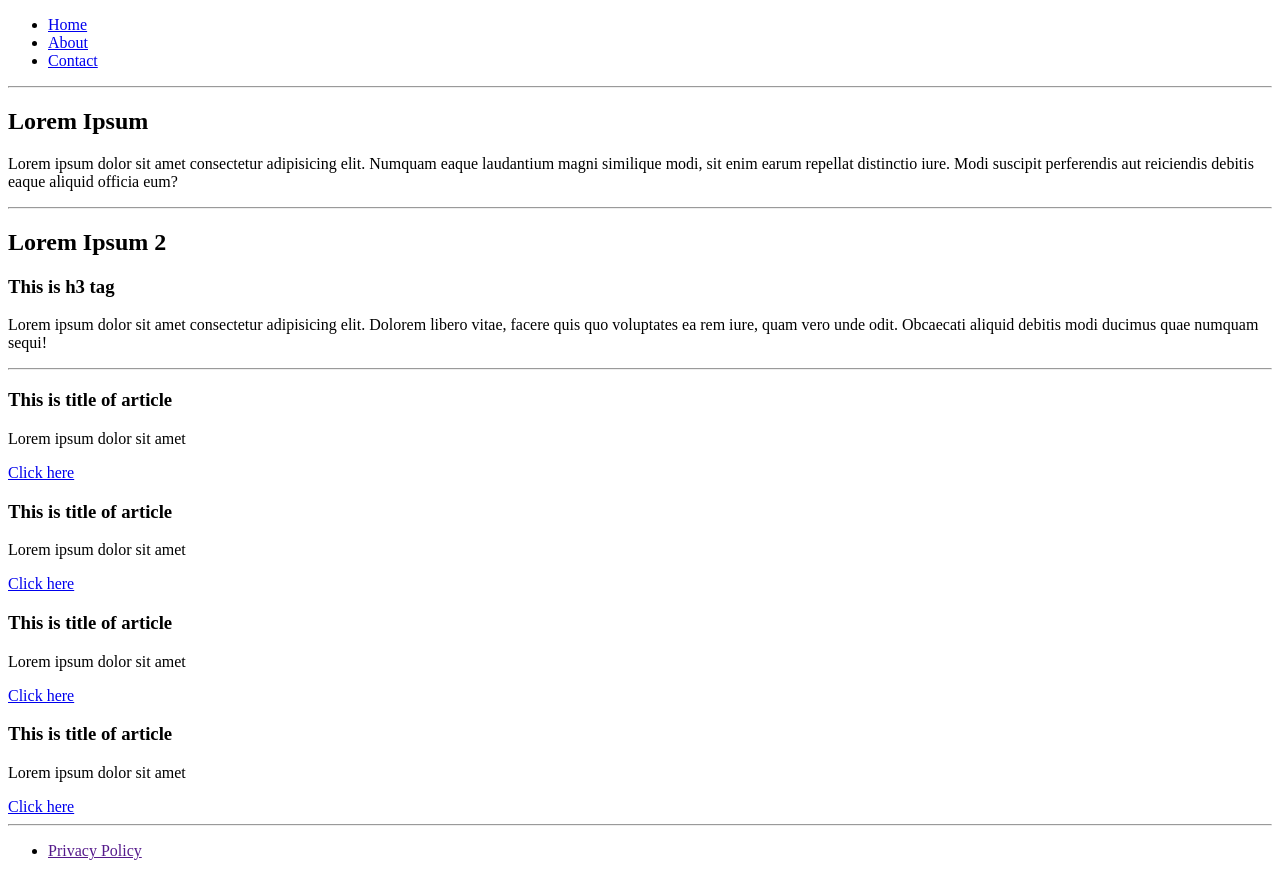
Repository: fisikusari/test-repo
Page: index.html
An editor plug-in stored every save of this project. The page is shown before and after the next save, followed by the edit.
The browser window is 1280 px wide. The pictures show the whole page.

Above is the page before, as saved 2021-11-11 18:07:47.

After the next save:
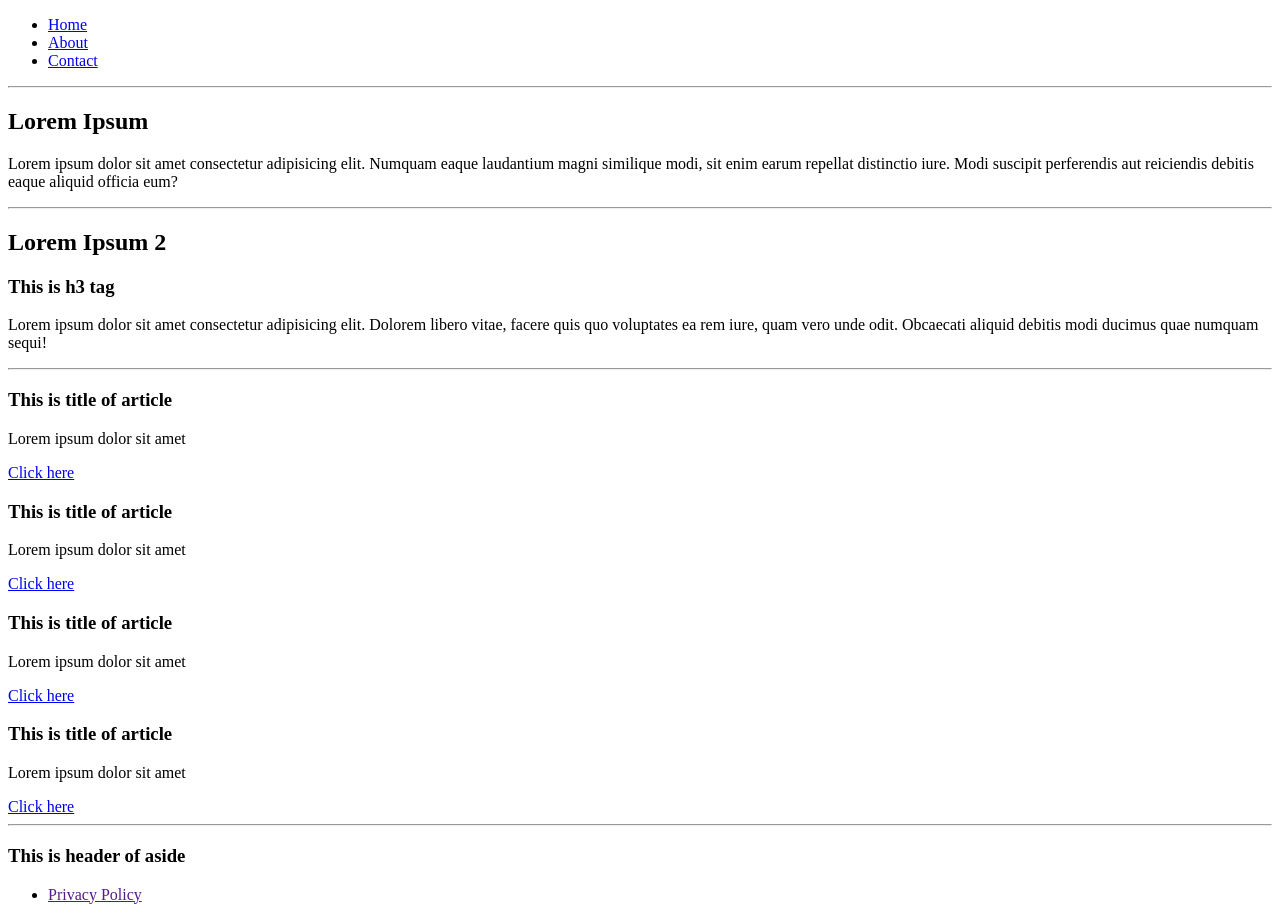
Saved 18 s later.
--- a/index.html
+++ b/index.html
@@ -58,7 +58,7 @@
 
   <hr>
   <aside>
-
+    <h3>This is header of aside</h3>
   </aside>
   <footer>
     <nav>
